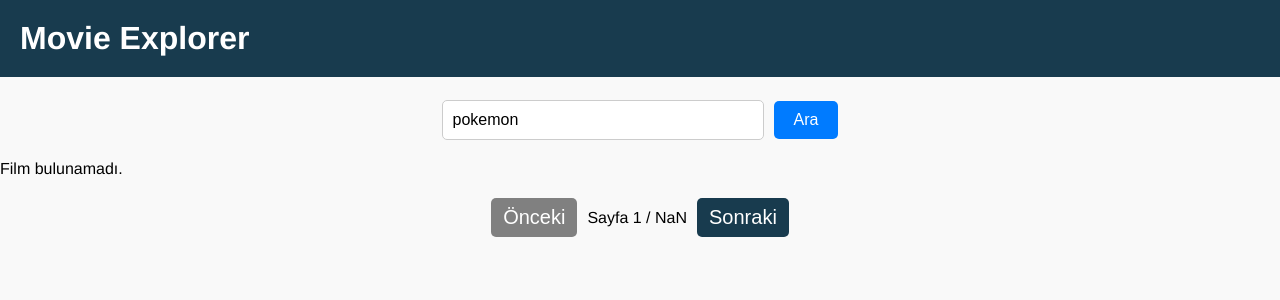
Repository: denizdizi/movie-explorer
Page: /
An editor plug-in stored every save of this project. The page is shown before and after the next save, followed by the edit.
The browser window is 1280 px wide. The pictures show the whole page.
The page's requests for data from a server got no answer. The project was rebuilt for these pictures with package versions that can differ from the ones it lists, and the page was loaded fresh each time. No one was signed in, and anything a server would have sent is missing. Also part of the build but not shown: src/App.css, src/components/MovieCard.js.

Above is the page before, as saved 2025-03-28 22:03:55.

### src/index.js
import React from 'react';
import ReactDOM from 'react-dom/client';
import './index.css';
import App from './App';
import reportWebVitals from './reportWebVitals';
import { Provider } from 'react-redux';
import store from "./store/store";

const root = ReactDOM.createRoot(document.getElementById('root'));
root.render(
  <Provider store={store}>
    <App />
  </Provider>
);

// If you want to start measuring performance in your app, pass a function
// to log results (for example: reportWebVitals(console.log))
// or send to an analytics endpoint. Learn more: https://bit.ly/CRA-vitals
reportWebVitals();

### src/App.js
import './App.css';
import React from "react";
import { BrowserRouter as Router, Routes, Route } from "react-router-dom";
import Home from "./pages/Home";
import "./styles/global.scss";

function App() {
  return (
    <Router>
      <Routes>
        <Route path="/" element={<Home />} />
        {/* <Route path="/movie/:id" element={<MovieDetails />} /> */}
      </Routes>
    </Router>
  );
}

export default App;

### src/store/store.js
import { createStore, applyMiddleware, combineReducers } from "redux";
import { thunk } from "redux-thunk";
import movieReducer from "./reducers";

const rootReducer = combineReducers({
  movies: movieReducer,
});

const store = createStore(rootReducer, applyMiddleware(thunk));

export default store;

### src/pages/Home.js
import React, { useEffect, useState } from "react";
import { useDispatch, useSelector } from "react-redux";
import { fetchMovies } from "../store/actions";
import { setPage } from "../store/actions";
import MovieList from "../components/MovieList";
import SearchBar from "../components/SearchBar";
import Pagination from "../components/Pagination";
import { TailSpin } from 'react-loader-spinner';

const Home = () => {
  const dispatch = useDispatch();
  const { movies } = useSelector((state) => state);

  useEffect(() => {
    console.log("Current page changed:", movies.currentPage);
    dispatch(fetchMovies("pokemon", movies.currentPage));
  }, [dispatch, movies.currentPage]);

  const handlePageChange = (newPage) => {
    dispatch(setPage(newPage));
  };

  return (
    <div>
      <h1 className="page-title">Movie Explorer</h1>
      <SearchBar/>
      {movies.loading && (
        <div className="loading-overlay">
          {/* TailSpin spinner'ını burada gösteriyoruz */}
          <TailSpin
            height="100"
            width="100"
            color="#00BFFF"
            ariaLabel='loading'
          />
        </div>
      )}
      {movies.error && <p>Hata: {movies.error}</p>}
      <MovieList movies={movies} />
      <Pagination
        currentPage={movies.currentPage}
        totalResults={movies.totalResults}
        onPageChange={handlePageChange}
      />
    </div>
  );
};

export default Home;

### src/styles/global.scss
body {
    padding-top: 80px;
    font-family: 'Franklin Gothic Medium', 'Arial Narrow', Arial, sans-serif;
    background-color: #f9f9f9;
}

.movie-list {
    justify-content: center;
}

.movie-line {
  display: flex;
  align-items: center;
  margin-bottom: 2em;
  background-color: #f9f9f9;
  gap: 2em;
  justify-content: center;
}

.movie-card {
  width: 200px; /* Kartın genişliği */
  height: 300px; /* Kartın yüksekliği */
  border-radius: 10px; /* Köşeleri yuvarlat */
  box-shadow: 0 4px 8px rgba(0, 0, 0, 0.2); /* Gölgelendirme */
  overflow: hidden; /* İçerik taşmasını engelle */
  background-color: #fff; /* Arka plan beyaz */
  display: flex;
  flex-direction: column; /* İçeriği dikey yerleştir */
  align-items: center;
  justify-content: flex-start; /* Başlık ve içerikler üst kısımda yer alsın */
  padding: 10px;
  border: 1px solid #ddd; /* Çerçeve */
}

.img-container {
  width: 100%; /* Konteynerin genişliği */
  height: 60%; /* Resmin yüksekliği */
  overflow: hidden;
  padding: 0; /* Paddingi sıfırlayın */
  display: flex;
  justify-content: center;
  align-items: center; /* Resmin ortalanması için */
  border-radius: 5px;
}

.img-container img {
  width: 100%;
  height: 100%;
  object-fit: cover; /* Resmi konteynere tam sığdır */
  object-position: center;
}

.movie-card h3 {
  margin-top: 10px;
  font-size: 16px;
  text-align: center;
}

@media (max-width: 700px) {
  .movie-line {
    flex-direction: column;
  }

  .img-container {
    height: 60%; /* Küçük ekranlarda img-container yüksekliğini azaltın */
  }
}

.search-bar {
    display: flex;
    align-items: center;
    justify-content: center;
    margin: 20px 0;
  }

  .input-wrapper {
    display: flex;
    position: relative;
  }

  .search-input {
    padding: 10px;
    font-size: 1rem;
    border-radius: 5px;
    border: 1px solid #ccc;
    width: 300px;
    transition: all 0.3s ease;
  }

  .search-input:focus {
    border-color: #007bff;
    outline: none;
  }

  .clear-btn {
    position: absolute;
    top: 50%;
    right: 10px;
    transform: translateY(-50%);
    background: none;
    border: none;
    font-size: 18px;
    color: #ccc;
    cursor: pointer;
    transition: color 0.3s;
  }

  .search-btn {
    padding: 10px 20px;
    background-color: #007bff;
    color: white;
    border: none;
    border-radius: 5px;
    cursor: pointer;
    margin-left: 10px;
    font-size: 1rem;
  }

  .search-btn:hover {
    background-color: #0056b3;
  }

  .page-title {
    background-color: #183B4E; /* Başlık arkaplan rengini koyu gri yapıyoruz */
    color: #fff; /* Yazı rengini beyaz yapıyoruz */
    padding: 20px; /* Arka planın etrafına biraz boşluk ekliyoruz */
    font-size: 2em; /* Başlık boyutunu büyütüyoruz */
    position: fixed; /* Başlık sabitlenecek */
    top: 0; /* Başlık üstte olacak */
    left: 0; /* Başlık solda olacak */
    width: 100%; /* Başlık tam genişlikte olacak */
    z-index: 1000; /* Başlık, diğer içeriklerin üstünde yer alacak */
    margin-top: 0;
  }

  .loading-overlay {
    position: fixed;
    top: 0;
    left: 0;
    width: 100%;
    height: 100%;
    background-color: rgba(0, 0, 0, 0.5); /* Yarı saydam siyah arka plan */
    display: flex;
    justify-content: center;
    align-items: center;
    z-index: 9999; /* Diğer içeriklerin üstünde olmalı */
  }

  .pagination {
    display: flex;
    justify-content: center;
    align-items: center;
    gap: 10px;
    margin: 20px 0;

    button {
      padding: 8px 12px;
      font-size: 20px;
      cursor: pointer;
      border: none;
      background: #183B4E;
      color: white;
      border-radius: 5px;

      &:disabled {
        background: gray;
        cursor: not-allowed;
      }
    }
  }

### src/store/reducers.js
import { SET_PAGE, FETCH_MOVIES_REQUEST, FETCH_MOVIES_SUCCESS, FETCH_MOVIES_FAILURE } from "./actions";

const initialState = {
  movies: [],
  totalResults: "0",
  currentPage: 1,
  loading: false,
  error: null,
};

const movieReducer = (state = initialState, action) => {
  switch (action.type) {
    case SET_PAGE:
      return {
        ...state,
        currentPage: action.payload,
      };
    case FETCH_MOVIES_REQUEST:
      return { ...state, loading: true };
    case FETCH_MOVIES_SUCCESS:
      return { ...state, loading: false, movies: action.payload.movies, totalResults: action.payload.totalResults };
    case FETCH_MOVIES_FAILURE:
      return { ...state, loading: false, error: action.payload };
    default:
      return state;
  }
};

export default movieReducer;

### src/store/actions.js
import { searchMovies } from "../utils/api";

export const FETCH_MOVIES_REQUEST = "FETCH_MOVIES_REQUEST";
export const FETCH_MOVIES_SUCCESS = "FETCH_MOVIES_SUCCESS";
export const FETCH_MOVIES_FAILURE = "FETCH_MOVIES_FAILURE";

export const fetchMovies = (query = "pokemon", page = 1) => async (dispatch) => {
  dispatch({ type: FETCH_MOVIES_REQUEST });

  try {
    const data = await searchMovies(query, page);
    dispatch({ type: FETCH_MOVIES_SUCCESS, payload: {movies: data.Search, totalResults: data.totalResults} });
  } catch (error) {
    dispatch({ type: FETCH_MOVIES_FAILURE, payload: error.message });
  }
};

export const SET_PAGE = "SET_PAGE";

export const setPage = (page) => ({
  type: SET_PAGE,
  payload: page,
});

### src/components/MovieList.js
import React from "react";
import MovieCard from "./MovieCard";

const MovieList = ({ movies }) => {
  if (!movies || !movies.movies || movies.movies.length === 0) {
    return <p>Film bulunamadı.</p>;
  }

  return (
    <div className="movie-list">
      <div className="row movie-line">
        {movies.movies.slice(0, 5).map((movie) => (
          <MovieCard key={movie.imdbID} movie={movie} />
        ))}
      </div>
      <div className="row movie-line">
        {movies.movies.slice(5, 10).map((movie) => (
          <MovieCard key={movie.imdbID} movie={movie} />
        ))}
      </div>
    </div>
  );
};

export default MovieList;

### src/components/SearchBar.js
import React, { useState } from "react";
import { useDispatch } from "react-redux";
import { fetchMovies } from "../store/actions";

const SearchBar = () => {
  const [query, setQuery] = useState("pokemon");
  const dispatch = useDispatch();

  const handleSearch = (e) => {
    e.preventDefault();
    if (query.trim() !== "") {
      dispatch(fetchMovies(query, 1));
    }
  };

  return (
    <form onSubmit={handleSearch} className="search-bar">
      <div className="input-wrapper">
        <input
          type="text"
          placeholder="Film ara..."
          value={query}
          onChange={(e) => setQuery(e.target.value)}
          className="search-input"
        />
      </div>
      <button type="submit" className="search-btn">
        Ara
      </button>
    </form>
  );
};

export default SearchBar;

### src/components/Pagination.js
import React from "react";

const Pagination = ({currentPage, totalResults, onPageChange}) => {
  const totalPages = Math.ceil(totalResults / 10);

  const handleNext = () => {
    if (currentPage < totalPages) {
      onPageChange(currentPage + 1);
    }
  };

  const handlePrev = () => {
    if (currentPage > 1) {
      onPageChange(currentPage - 1);
    }
  };

  return (
    <div className="pagination">
      <button onClick={handlePrev} disabled={currentPage === 1}>
        Önceki
      </button>
      <span>Sayfa {currentPage} / {totalPages}</span>
      <button onClick={handleNext} disabled={currentPage === totalPages}>
        Sonraki
      </button>
    </div>
  );
};

export default Pagination;

### src/utils/api.js
import axios from "axios";

const API_KEY = "df54e6ed";
const BASE_URL = "https://www.omdbapi.com/";

export const searchMovies = async (text = "pokemon", page = 1) => {
  try {
    const response = await axios.get(BASE_URL, {
      params: {
        apikey: API_KEY,
        s: text,
        page: page,
      },
    });
    return response.data;
  } catch (error) {
    console.error("Film arama hatası:", error);
    return [];
  }
};

export const getMovieDetails = async (movieID) => {
  try {
    const response = await axios.get(BASE_URL, {
      params: {
        apikey: API_KEY,
        i: movieID,
      },
    });
    return response.data;
  } catch (error) {
    console.error("Film detaylarını getirme hatası:", error);
    return null;
  }
};

Loaded but not shown: public/index.html (common file); src/index.css (common file); src/reportWebVitals.js (common file); src/styles/movie.scss (no stored copy; drawn as an empty file)

After the next save:
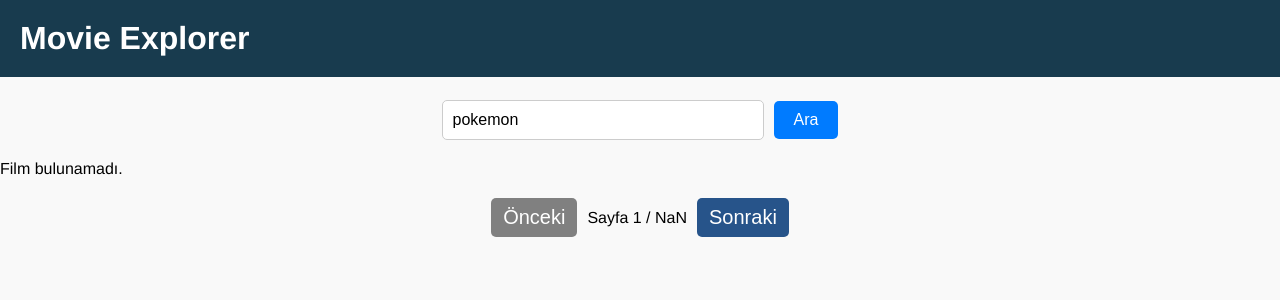
Saved 13 s later.
--- a/src/styles/global.scss
+++ b/src/styles/global.scss
@@ -158,7 +158,7 @@ body {
       font-size: 20px;
       cursor: pointer;
       border: none;
-      background: #183B4E;
+      background: #27548A;
       color: white;
       border-radius: 5px;
 
